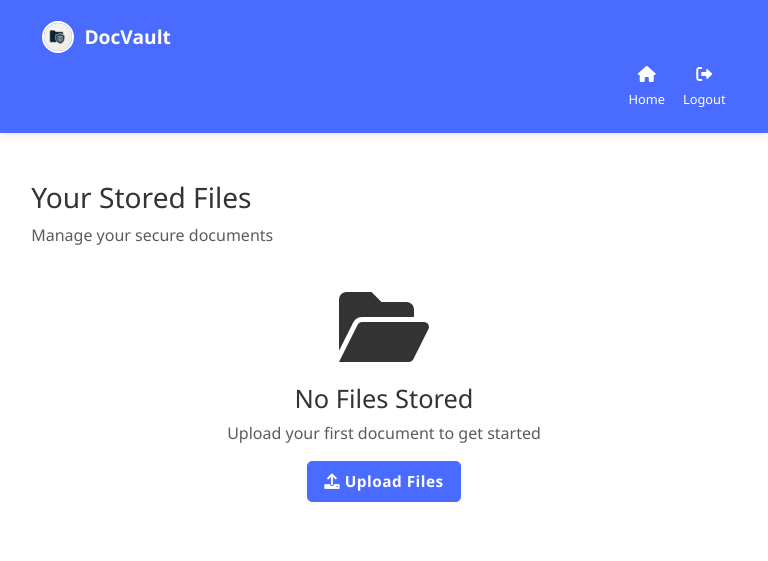
Repository: Satyaveni-Devisetti/DocVault
Page: storedfiles.html
The author's editor kept a copy of each file at every save. The page is drawn from the files as they stood at one save, then again after the next save.
The browser window is 768 px wide. The pictures show the whole page.

Above is the page before, as saved 2025-04-28 14:19:14.

After the next save:
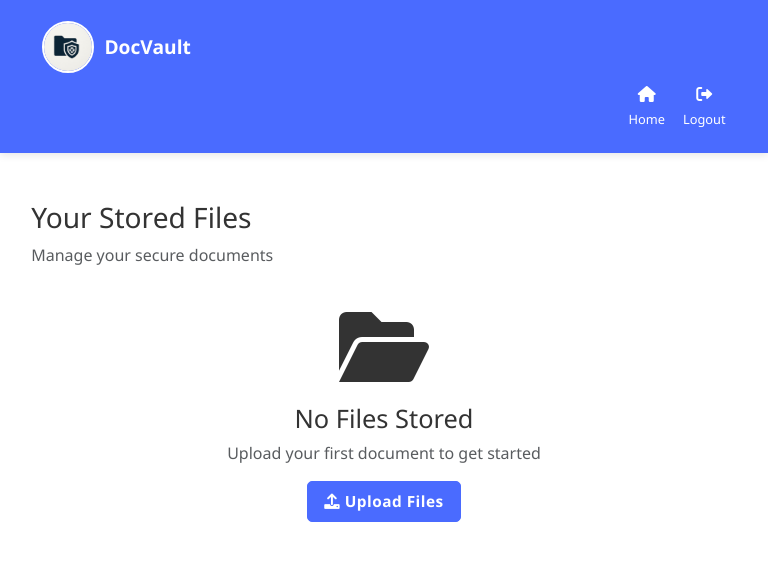
Saved 2 min 3 s later.
--- a/storedfiles.html
+++ b/storedfiles.html
@@ -59,8 +59,8 @@
                 font-size: 1.2rem;
             }
             .navbar-logo {
-                height: 32px;
-                width: 32px;
+                height: 52px;
+                width: 52px;
             }
             .nav-link {
                 font-size: 1rem;
